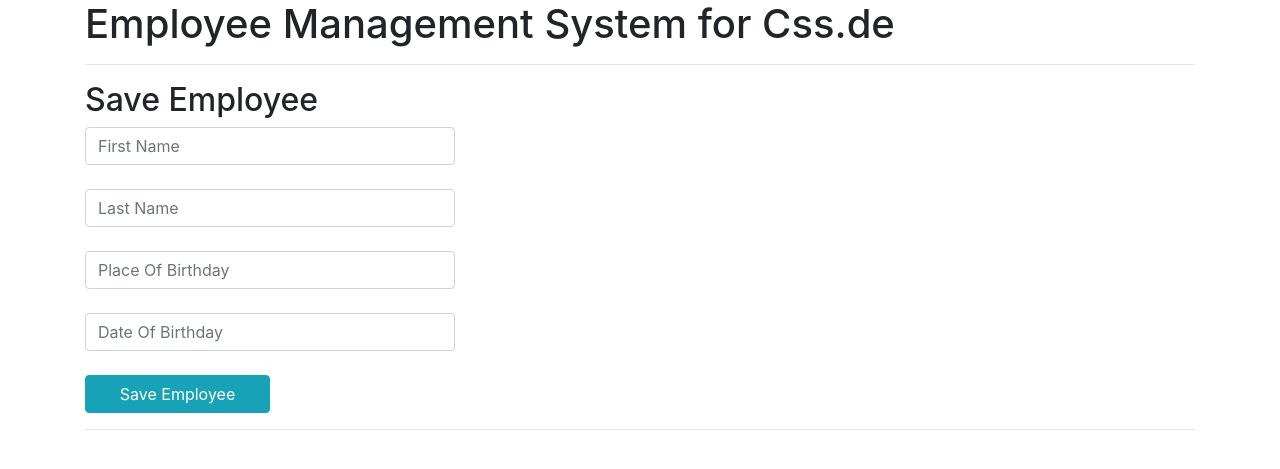
Repository: Len2/Topic4
Page: src/main/resources/templates/newIdCard.html
An editor plug-in stored every save of this project. The page is shown before and after the next save, followed by the edit.
The browser window is 1280 px wide. The pictures show the whole page.

Above is the page before, as saved 2020-09-06 17:39:26.

### src/main/resources/templates/newIdCard.html
<!DOCTYPE html>
<html lang="en" xmlns:th="http://www.thymeleaf.org">
<head>
<meta charset="ISO-8859-1">
<title>Employee Management System for Css.de</title>
<link rel="stylesheet"
	href="https://stackpath.bootstrapcdn.com/bootstrap/4.1.3/css/bootstrap.min.css"
	integrity="sha384-MCw98/SFnGE8fJT3GXwEOngsV7Zt27NXFoaoApmYm81iuXoPkFOJwJ8ERdknLPMO"
	crossorigin="anonymous">
</head>
<body>
	<div class="container">
		<h1>Employee Management System for Css.de</h1>
		<hr>
		<h2>Save Employee</h2>

		<form action="#" th:action="@{/saveIdCard}" th:object="${identity_card}"
            method="POST">

            <!-- <input type="text" th:field="*{id}" /> -->
			<input type="text" th:field="*{firstName}"
            placeholder="First Name" class="form-control mb-4 col-4">

            <input type="text" th:field="*{lastName}"
            placeholder="Last Name" class="form-control mb-4 col-4">

            <input type="text" th:field="*{placeOfBirthday}"
            placeholder="Place Of Birthday" class="form-control mb-4 col-4">

            <input type="datetime" th:field="*{dateOfBirthday}"
            placeholder="Date Of Birthday" class="form-control mb-4 col-4">

				<button type="submit" class="btn btn-info col-2"> Save Employee</button>
		</form>

		<hr>

		<!-- <a th:href = "@{/}"> Back to Employee List</a> -->
	</div>
</body>
</html>

After the next save:
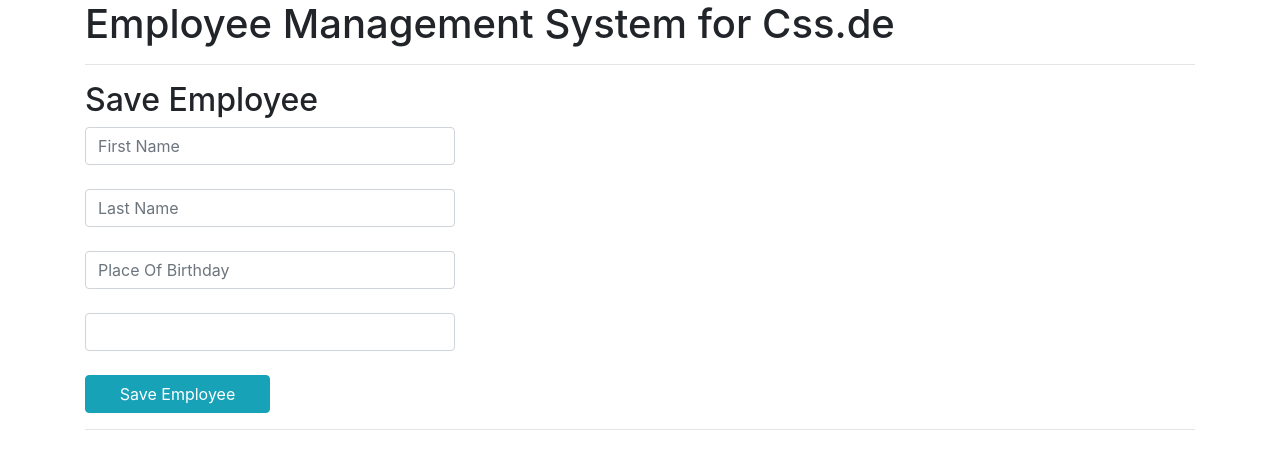
Saved 2 min 33 s later.
--- a/src/main/resources/templates/newIdCard.html
+++ b/src/main/resources/templates/newIdCard.html
@@ -28,7 +28,7 @@
             placeholder="Place Of Birthday" class="form-control mb-4 col-4">
 
             <input type="datetime" th:field="*{dateOfBirthday}"
-            placeholder="Date Of Birthday" class="form-control mb-4 col-4">
+             class="form-control mb-4 col-4">
 
 				<button type="submit" class="btn btn-info col-2"> Save Employee</button>
 		</form>
